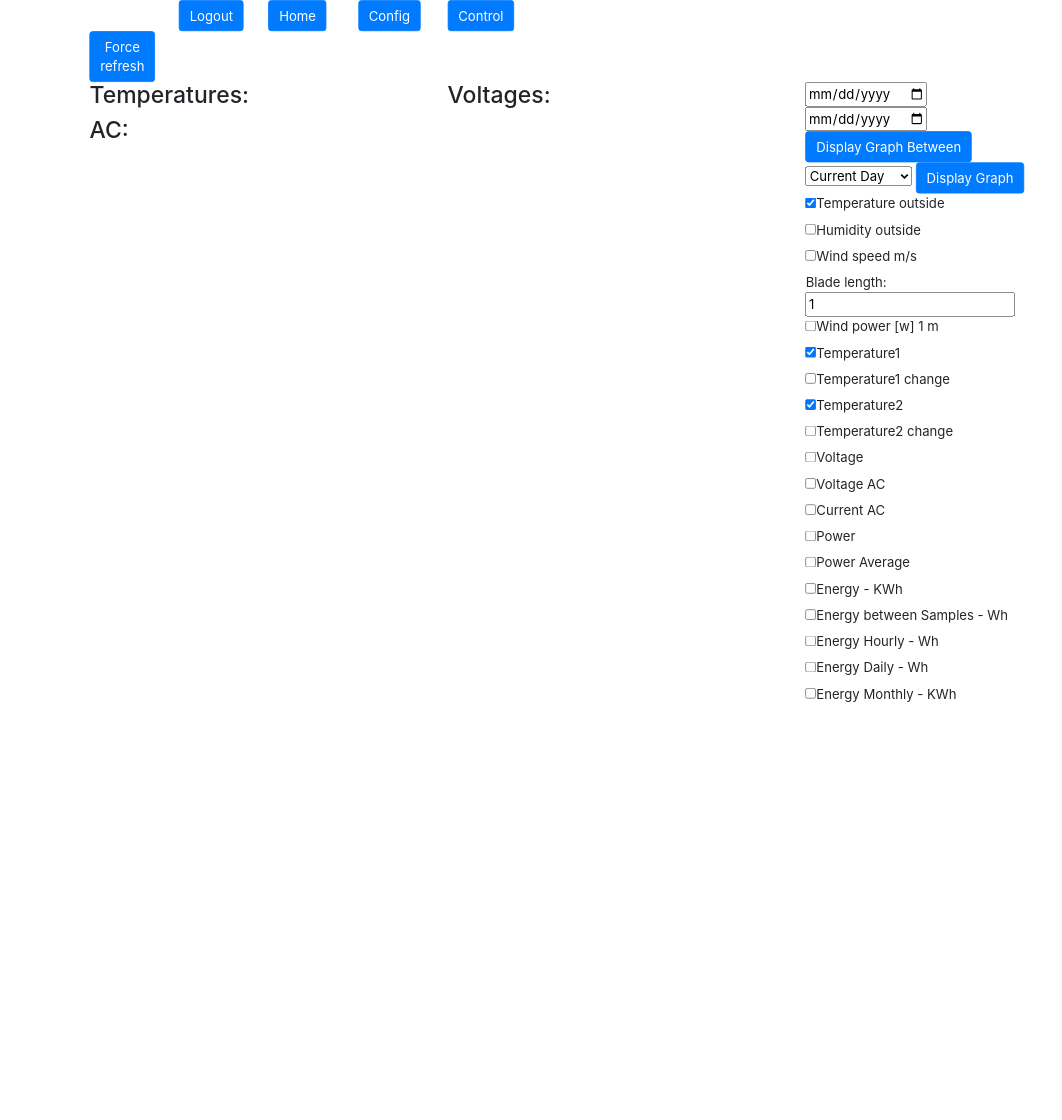
Repository: duicul/flaskRaspberryApp
Page: flask_pydev/templates/home_measure.html
The author's editor kept a copy of each file at every save. The page is drawn from the files as they stood at one save, then again after the next save.
The browser window is 1280 px wide. The page is 1295 px wide, so the pictures cover 1295 px, including what lies to the right of the window. The pictures show the whole page, at 82% of full size.
The page's requests for data from a server got no answer.

Above is the page before, as saved 2021-06-24 13:09:31.

### flask_pydev/templates/home_measure.html
<!DOCTYPE html>
<html>
<head>
<!--<script src="https://ajax.googleapis.com/ajax/libs/jquery/3.4.1/jquery.min.js"></script>-->
<script src="/static/js/jquery-3.5.1.min.js"></script>
<!--<script src="https://maxcdn.bootstrapcdn.com/bootstrap/3.3.7/js/bootstrap.min.js" integrity="sha384-Tc5IQib027qvyjSMfHjOMaLkfuWVxZxUPnCJA7l2mCWNIpG9mGCD8wGNIcPD7Txa" crossorigin="anonymous"></script>-->
<script src="/static/js/bootstrap.min.js"></script>
<script src="/static/js/jquery.canvasjs.min.js"></script>
<!--<link rel="stylesheet" href="https://maxcdn.bootstrapcdn.com/bootstrap/3.3.7/css/bootstrap.min.css" integrity="sha384-BVYiiSIFeK1dGmJRAkycuHAHRg32OmUcww7on3RYdg4Va+PmSTsz/K68vbdEjh4u" crossorigin="anonymous">-->
<link rel="stylesheet" href="/static/css/bootstrap.min.css">
<meta content="text/html;charset=utf-8" http-equiv="Content-Type">
<meta content="utf-8" http-equiv="encoding">
<!--<script src="//cdn.rawgit.com/Mikhus/canvas-gauges/gh-pages/download/2.1.7/all/gauge.min.js"></script>-->
<script src="/static/js/gauge.min.js"></script>
<style>
.settingscol{
background-color:rgb(100,120,180);
}

</style>
<title>Home Station</title>
</head>
<body onload="init();">

<div class="row banner">
    <div class="col-md-2">

    </div>
    <div class="col-md-1">
        <a class="btn btn-primary" href="/logout">Logout</a>
    </div>
    <div class="col-md-1">
        <a class="btn btn-primary" href="/home_station">Home</a>
    </div>
    <div class="col-md-1">
        <a class="btn btn-primary" href="/home_station/config">Config</a>
    </div>
    <div class="col-md-1">
        <a class="btn btn-primary" href="/home_station/control">Control</a>
    </div>
    <div class="col-md-6" >
    </div>
</div>

<div class="row">
    <div class="col-md-1">
    </div>
    <div class="col-md-1">
        <button type="button" class="btn btn-primary" onclick="force_refresh();">Force refresh</button>
    </div>
    <div class="col-md-10" id="weather_status">
    </div>
</div>

<div class="row">
    <div class="col-md-1">
    </div>
    <div class="col-md-8">
        <div class="row">
            <!--<div class="col-2"></div>-->
            <div class="col" >
                <h3>Temperatures: </h3>
                <div id="draw_gauge_temperature"></div>
            </div>
            <div class="col" >
                <h3>Voltages: </h3>
                <div id="draw_gauge_voltage"></div>
            </div>
        </div>
        <div class="row">
            <!--<div class="col-2"></div>-->
            <div class="col" >
                <h3>AC: </h3>
                <div id="draw_gauge_ac"></div>
            </div>
        </div>
    </div>

    <div class="col-md-3">
        <div class="row">
            <div class="col" >
                <input type="date" id="fdate">
                <input type="date" id="ldate"><br/>
                <button type="button" class="btn btn-primary" onclick="draw_graph_all(true);">Display Graph Between</button><br/>

                <select id="items_interval">
                    <option value="0">Current Day</option>
                    <option value="1">1 Day</option>
                    <option value="2">2 Days</option>
                    <option value="3">3 Days</option>
                    <option value="4">4 Days</option>
                    <option value="5">5 Days</option>
                    <option value="6">6 Days</option>
                    <option value="7">7 Days</option>
                    <option value="8">8 Days</option>
                    <option value="9">9 Days</option>
                    <option value="10">10 Days</option>
                    <option value="1m">Last Month</option>
                    <option value="2m">Last 2 Months</option>
                    <option value="3m">Last 3 Months</option>
                    <option value="-1">All</option>
                </select>
                <button type="button" class="btn btn-primary" onclick="draw_graph_all(false);">Display Graph</button> <br/>
                <div id="temp_volt_opt"></div>
                <div id="ac_opt"></div>
            </div>
        </div>
    </div>
</div>

<div class="row" >
    <div class="col-md-1" ></div>
    <div class="col-md-10" >
        <div id="graph" style="height: 500px; width: 100%;"></div>
    </div>
</div>
<div class="row">
     <div class="col-md-1" ></div>
    <div class="col-md-10" id="rpi_data">
    </div>
</div>
<script src="/static/js/home_measure.js"></script>
</body>
</html>

### flask_pydev/static/css/home_measure.css
div.banner{
    background-color:rgba(10,20,200,0.3);
}

Loaded but not shown: flask_pydev/static/js/jquery-3.5.1.min.js (library); flask_pydev/static/js/bootstrap.min.js (library); flask_pydev/static/js/jquery.canvasjs.min.js (library); flask_pydev/static/css/bootstrap.min.css (library); flask_pydev/static/js/gauge.min.js (library); flask_pydev/static/js/home_measure.js (930 lines, source omitted)

After the next save:
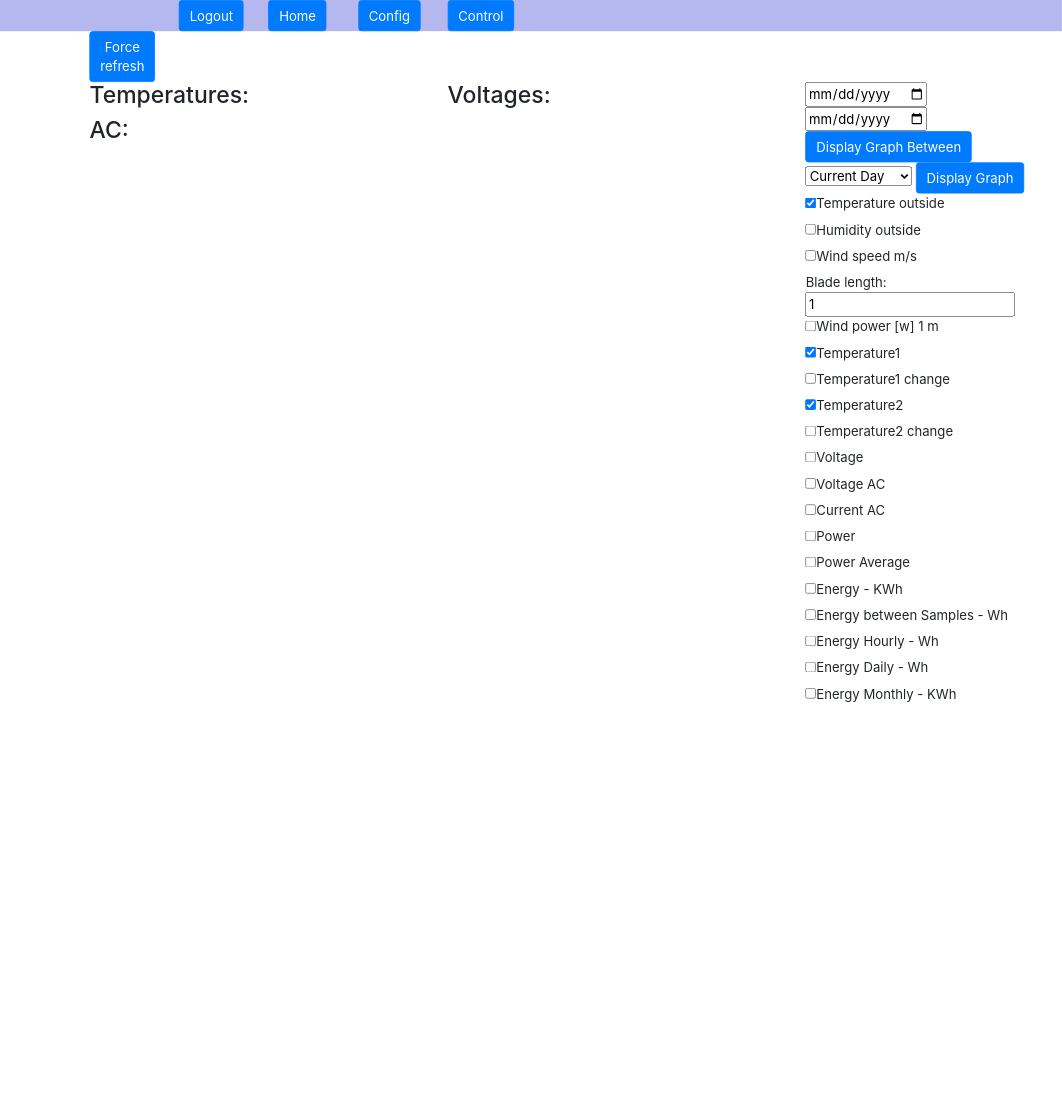
Saved 3 s later.
--- a/flask_pydev/templates/home_measure.html
+++ b/flask_pydev/templates/home_measure.html
@@ -8,6 +8,7 @@
 <script src="/static/js/jquery.canvasjs.min.js"></script>
 <!--<link rel="stylesheet" href="https://maxcdn.bootstrapcdn.com/bootstrap/3.3.7/css/bootstrap.min.css" integrity="sha384-BVYiiSIFeK1dGmJRAkycuHAHRg32OmUcww7on3RYdg4Va+PmSTsz/K68vbdEjh4u" crossorigin="anonymous">-->
 <link rel="stylesheet" href="/static/css/bootstrap.min.css">
+<link rel="stylesheet" href="/static/css/home_measure.css">
 <meta content="text/html;charset=utf-8" http-equiv="Content-Type">
 <meta content="utf-8" http-equiv="encoding">
 <!--<script src="//cdn.rawgit.com/Mikhus/canvas-gauges/gh-pages/download/2.1.7/all/gauge.min.js"></script>-->
